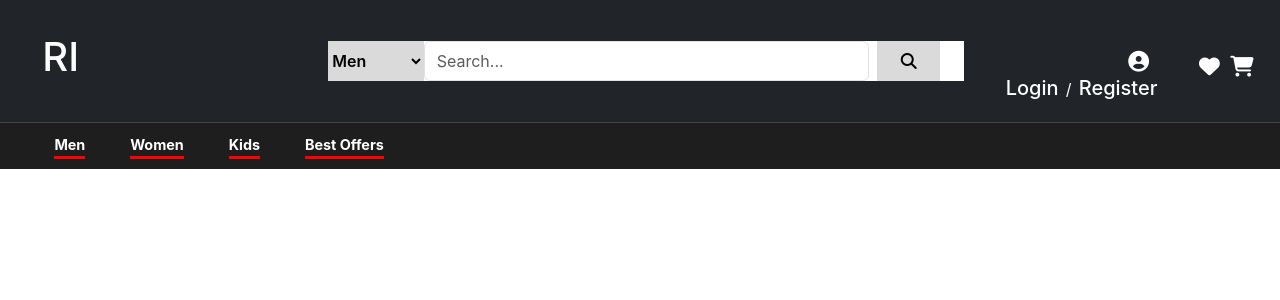
Repository: KodandaraoChellapilli/e-store
Page: /
An editor plug-in stored every save of this project. The page is shown before and after the next save, followed by the edit.
The browser window is 1280 px wide. The pictures show the whole page.
The project was rebuilt for these pictures with package versions that can differ from the ones it lists, and the page was loaded fresh each time. Also part of the build but not shown: src/App.css.

Above is the page before, as saved 2025-06-05 15:12:35.

### public/index.html
<!DOCTYPE html>
<html lang="en">
  <head>
    <meta charset="utf-8" />
    <link rel="icon" href="%PUBLIC_URL%/favicon.ico" />
    <meta name="viewport" content="width=device-width, initial-scale=1" />
    <meta name="theme-color" content="#000000" />
    <meta
      name="description"
      content="Web site created using create-react-app"
    />
    <link rel="apple-touch-icon" href="%PUBLIC_URL%/logo192.png" />
    <!--
      manifest.json provides metadata used when your web app is installed on a
      user's mobile device or desktop. See https://developers.google.com/web/fundamentals/web-app-manifest/
    -->
    <link rel="manifest" href="%PUBLIC_URL%/manifest.json" />

    <link rel="stylesheet"   href="https://cdnjs.cloudflare.com/ajax/libs/font-awesome/6.7.2/css/all.min.css"/>


    <link href="https://cdn.jsdelivr.net/npm/bootstrap@5.3.6/dist/css/bootstrap.min.css" rel="stylesheet" integrity="sha384-4Q6Gf2aSP4eDXB8Miphtr37CMZZQ5oXLH2yaXMJ2w8e2ZtHTl7GptT4jmndRuHDT" crossorigin="anonymous">
    <!--
      Notice the use of %PUBLIC_URL% in the tags above.
      It will be replaced with the URL of the `public` folder during the build.
      Only files inside the `public` folder can be referenced from the HTML.

      Unlike "/favicon.ico" or "favicon.ico", "%PUBLIC_URL%/favicon.ico" will
      work correctly both with client-side routing and a non-root public URL.
      Learn how to configure a non-root public URL by running `npm run build`.
    -->
    <title>React App</title>
  </head>
  <body>
    <noscript>You need to enable JavaScript to run this app.</noscript>
    <div id="root"></div>
    <!--
      This HTML file is a template.
      If you open it directly in the browser, you will see an empty page.

      You can add webfonts, meta tags, or analytics to this file.
      The build step will place the bundled scripts into the <body> tag.

      To begin the development, run `npm start` or `yarn start`.
      To create a production bundle, use `npm run build` or `yarn build`.
    -->
  </body>
</html>

### src/App.js
import logo from './logo.svg';
import './App.css';
import TopNav from './Components/TopNav';
import  CatNav from './Components/CatNav';



function App() {
  return (
    <div className="App">

      <TopNav />
      <CatNav />

    </div>
  );
}

export default App;

### src/Components/TopNav/index.js

import './_top-nav.scss';




const TopNav = ()=>{

    return (
        <div>

            <div className='header bg-dark'>
                    <div className='row'>

                    <div className='brand my-1'>
                        <h1>RI</h1>
                    </div>

                    <div className='inp-container p-0 my-4 w-50 h-25 bg-white'>

                        <div className='dropdown m-0 p-0'>
                        <select className='select-btn w-100 p-0 m-0'>
                            <option>Men</option>
                            <option>Women</option>
                            <option>Kids</option>
                        </select>
                        </div>

                        <input className='form-control' placeholder='Search...' />
                        <button><i className='fa fa-search'></i></button>

                    </div>

                    <div className='login-container p-0'>
                        <i className='fa fa-user-circle user-icon'></i>
                        <div className='auth-links'>
                        <h5><a href='#'>Login</a></h5>
                        <span> / </span>
                        <h5><a href="#">Register</a></h5>
                        </div>
                    </div>

                    <div className='cart-wishlist'>
                        <ul className='p-0'>
                        <li className='list-icon'><i className='fa fa-heart'></i></li>
                        <li className='list-icon'><i className='fa fa-shopping-cart'></i></li>
                        </ul>
                    </div>

                    </div>
      </div>
        </div>
    )

}

export default TopNav

### src/Components/CatNav/index.js
import './_cat-nav.scss';


const CatNav =()=> {
    return (
        <>

        <div className='cat-nav-container continer'>
            <ul>
                <li className ='list-items'> <a href='#'> Men  </a></li>
                <li className ='list-items' > <a href='#'> Women </a></li>
                <li  className ='list-items'> <a href='#'> Kids </a></li>
                <li  className ='list-items'> <a href='#'> Best Offers </a></li>

            </ul>
        </div>


        </>
    )
}

export default CatNav;

### src/Components/TopNav/_top-nav.scss
$icon-font: 1.3em;
$element-height: 2.5em;
* {
  box-sizing: border-box;
}

.header {
  max-width: 100%;
  box-shadow: 5px 5px 20px gray;
  padding: 1em;
}

.row {
  display: flex;
  align-items: center;
  flex-wrap: wrap;
  justify-content: space-between;
}

.brand {
  color: white;
  margin-left: 2%;
  padding: 0.8em;
  width: 23%;
}

.inp-container {
  display: flex;
  align-items: center;
  width: 50%;
  padding: 0.5em;
  background-color: white;
}

.inp-container .dropdown {
  width: 15%;
  margin-right: 0.5em;
}

.drropdown{
    width: 15%;
}

.select-btn {
  height: $element-height;
  border: none;
  background-color: #dadada;
  font-weight: 600;
  width: 100%;
}

.inp-container input {
  width: 70%;
  height: $element-height;
  margin-right: 0.5em;
}

.inp-container button {
  width: 10%;
  height: $element-height;
  border: none;
  background-color: #dadada;
}

.login-container {
  width: 15%;
  color: white;
  text-align: right;
  margin: 1.7em 0.2em 0 0;
}

.user-icon {
  margin-right: 0.4em;
  padding: 0.2em;
  font-size: $icon-font;
}

.auth-links {
  display: inline-block;
}

.login-container h5,
.login-container span {
  display: inline-block;
  margin: 0 0.2em;
}

.login-container a {
  text-decoration: none;
  color: white;
}

.cart-wishlist {
  width: 7%;
  margin-top: 1.7em;
  margin-left: 1em;
}

.cart-wishlist .list-icon {
  color: white;
  font-size: $icon-font;
  list-style-type: none;
  display: inline-block;
  margin-right: 0.5em;
}

### src/Components/CatNav/_cat-nav.scss


.cat-nav-container{
    background-color: #1e1e1e;
    max-width: 100%;
    border-top: #444444  solid 1px;


    .list-items{
        list-style-type: none;
        display: inline-block;
        margin: 0.2em 1em;
        padding: 0.4em;
        height: 2.5em;
    }

    a {
        text-decoration: none;
        color: white;
        height: 1.8em;
        font-size: 0.9em;
        font-weight: 700;


        &::after{
            content: '';
            display: block;
            bottom: 0;
            left: 0;
            height: 0.2em;
            background-color: red;
        }
    }

}

Loaded but not shown: src/index.js (common file); src/index.css (common file); src/reportWebVitals.js (common file)

After the next save:
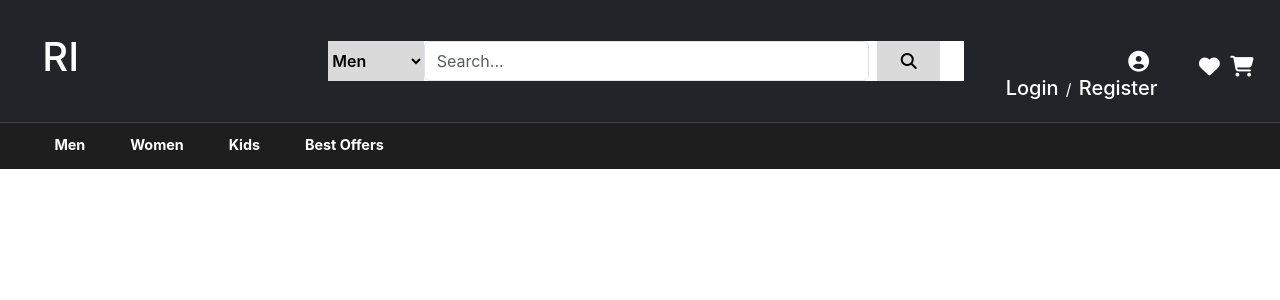
Saved 13 min 43 s later.
--- a/src/Components/CatNav/_cat-nav.scss
+++ b/src/Components/CatNav/_cat-nav.scss
@@ -29,6 +29,8 @@
             left: 0;
             height: 0.2em;
             background-color: red;
+            transform: scale(0);
+
         }
     }
 
